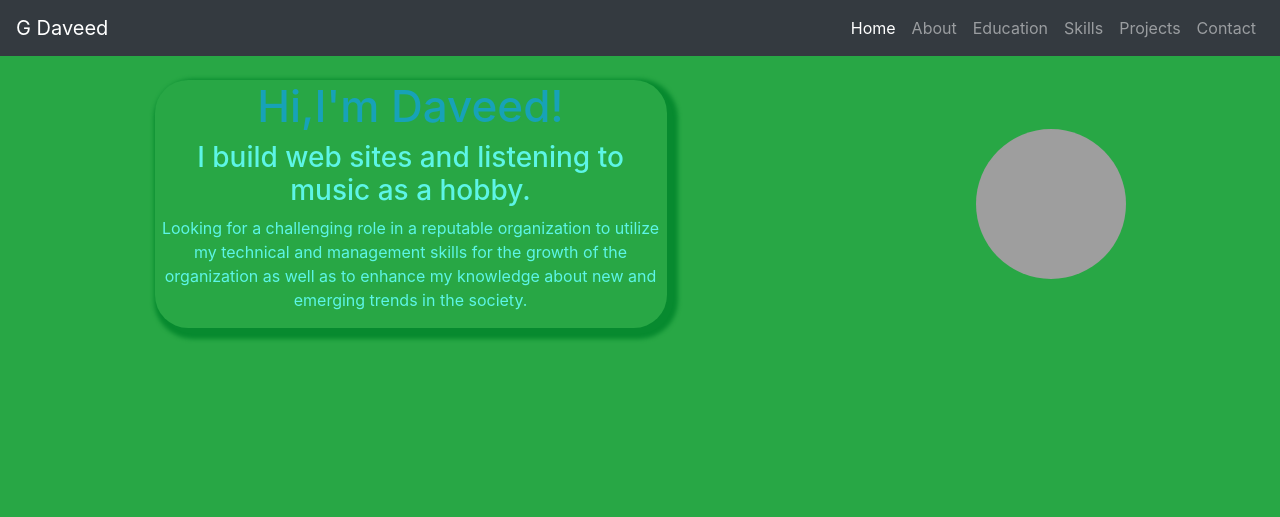
Repository: DaveedGangi/DaveedWebsite
Page: one.html
An editor plug-in stored every save of this project. The page is shown before and after the next save, followed by the edit.
The browser window is 1280 px wide. The pictures show the whole page.
Pictures or frames that could not be fetched are drawn as grey boxes.

Above is the page before, as saved 2023-10-23 11:57:00.

After the next save:
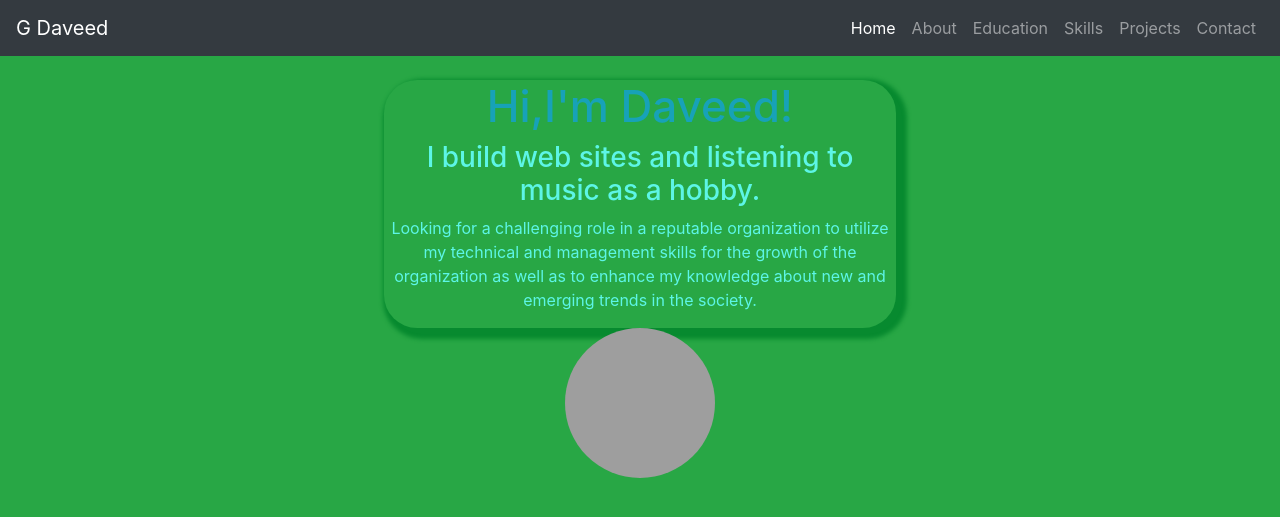
Saved 6 s later.
--- a/two.css
+++ b/two.css
@@ -31,7 +31,7 @@
     font-size:44px;
 }
 @media (min-width: 768px){
-    .mystory-container{
+    .mystory{
         display: flex;
         flex-direction: column;
     }

After the save that followed:
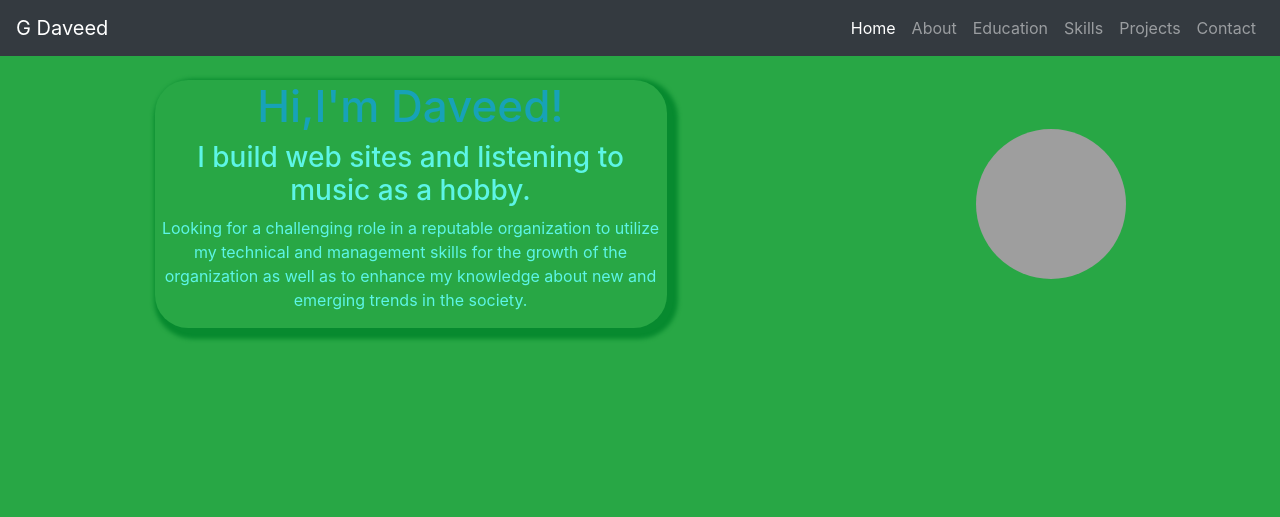
Saved 114 s later.
--- a/two.css
+++ b/two.css
@@ -33,7 +33,7 @@
 @media (min-width: 768px){
     .mystory{
         display: flex;
-        flex-direction: column;
+        flex-direction: row;
     }
 
 }
